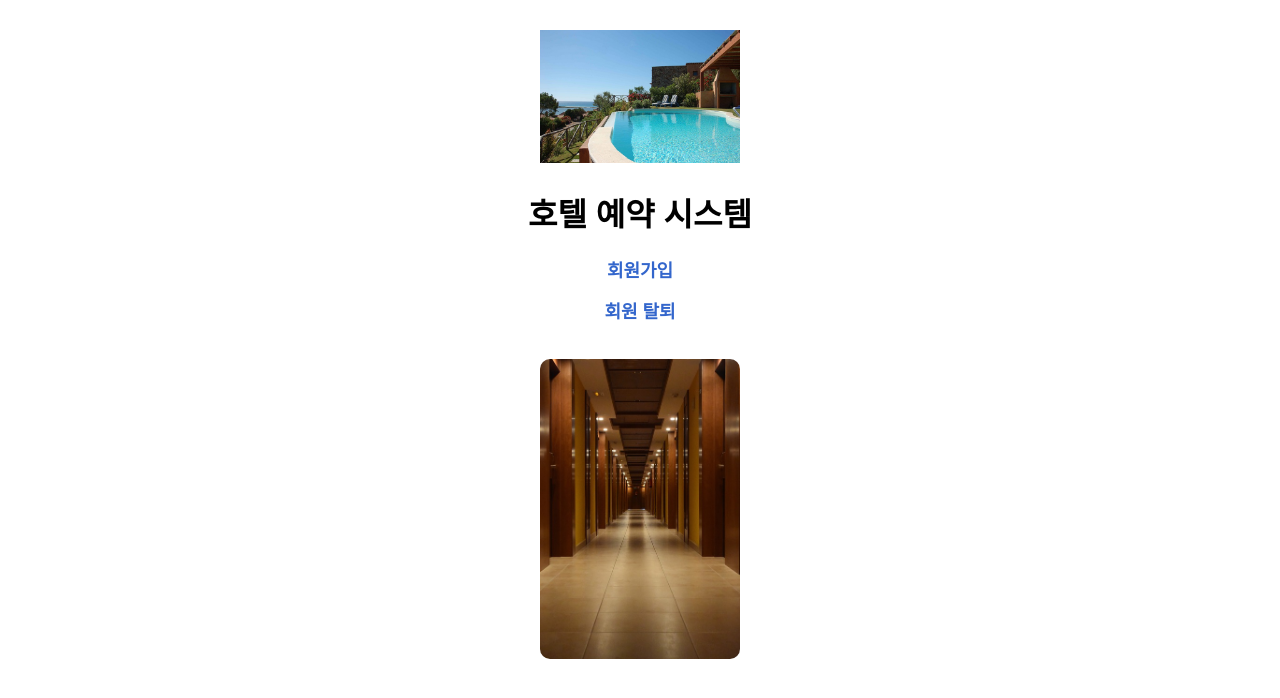
Repository: DearMyStore/ui-test
Page: http://localhost/HotelReservationSystem/menu.jsp
An editor plug-in stored every save of this project. The page is shown before and after the next save, followed by the edit.
The browser window is 1280 px wide. The pictures show the whole page.
The page is served by Tomcat 9.

Above is the page before, as saved 2025-05-27 13:52:34.

### HRS/HotelReservationSystem/src/main/webapp/menu.jsp
<%@ page contentType="text/html; charset=UTF-8" pageEncoding="UTF-8"%>
<!DOCTYPE html>
<html>
<head>
    <meta charset="UTF-8">
    <title>호텔 예약 시스템</title>
    <style>
        body { font-family: Arial, sans-serif; text-align: center; margin: 30px; }
        img.logo { width: 200px; }
        img.room { width: 200px; margin-top: 20px; border-radius: 10px; }
        ul { list-style-type: none; padding: 0; }
        li { margin: 15px 0; font-size: 18px; }
        a { text-decoration: none; color: #3366cc; font-weight: bold; }
    </style>
</head>
<body>
    <img src="images/hotel.jpg" alt="호텔 로고" class="logo">
    <h1>호텔 예약 시스템</h1>
    <ul>
        <li><a href="register.jsp">회원가입</a></li>
        <li><a href="deleteAccount.jsp">회원 탈퇴</a></li>
    </ul>
    <img src="images/hotel2.jpg" alt="객실 사진" class="room">
</body>
</html>

After the next save:
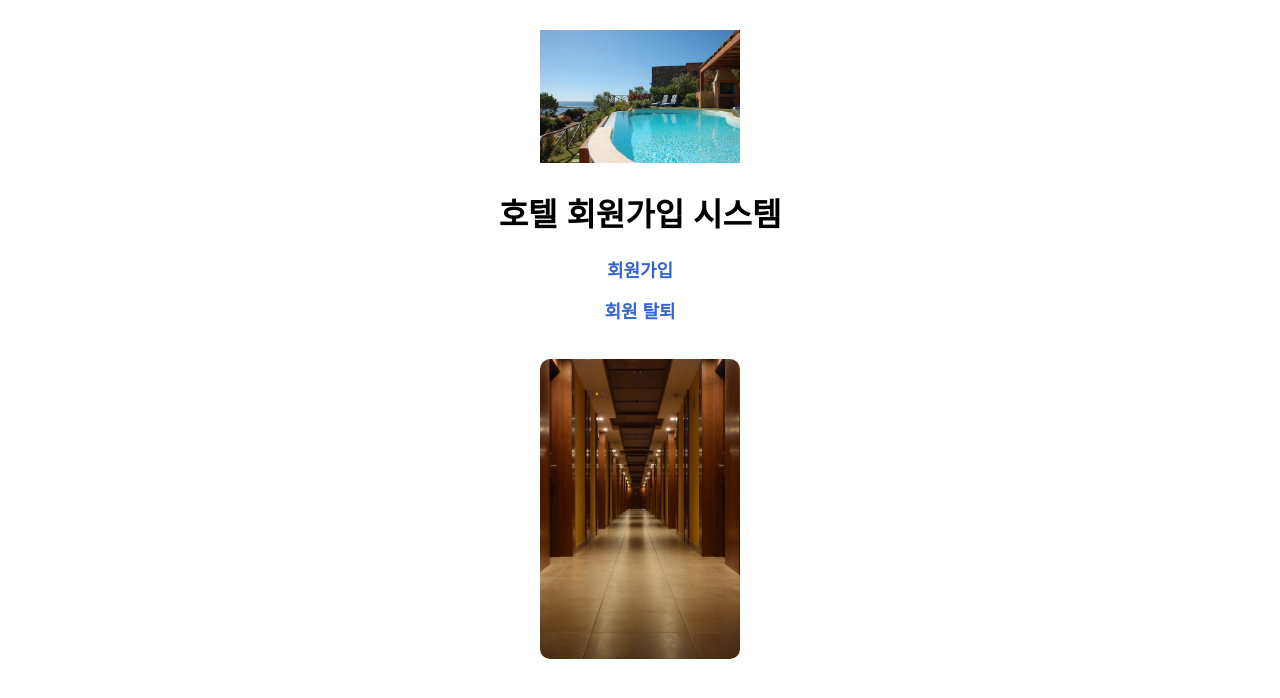
Saved 91 s later.
--- a/HRS/HotelReservationSystem/src/main/webapp/menu.jsp
+++ b/HRS/HotelReservationSystem/src/main/webapp/menu.jsp
@@ -15,7 +15,7 @@
 </head>
 <body>
     <img src="images/hotel.jpg" alt="호텔 로고" class="logo">
-    <h1>호텔 예약 시스템</h1>
+    <h1>호텔 회원가입 시스템</h1>
     <ul>
         <li><a href="register.jsp">회원가입</a></li>
         <li><a href="deleteAccount.jsp">회원 탈퇴</a></li>
